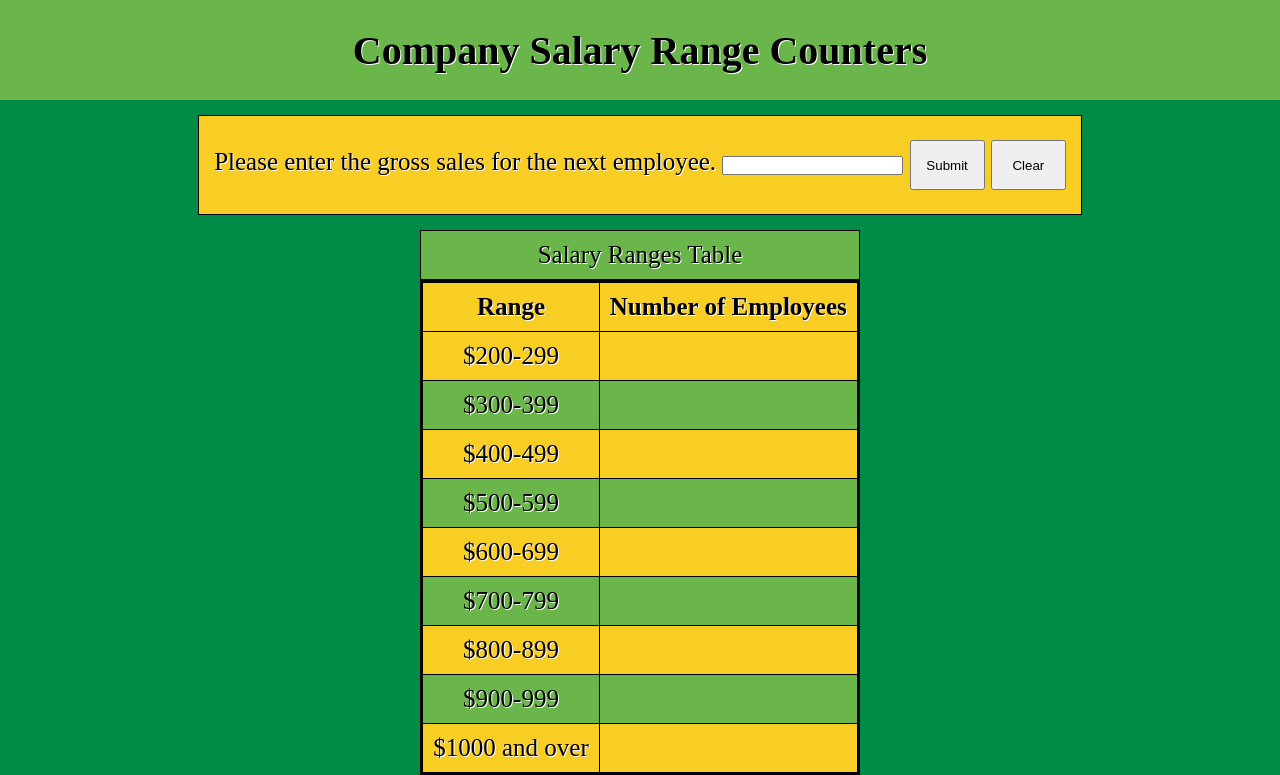
Repository: mlmEFSC21/P17-Sales-Commision
Page: sales.html
An editor plug-in stored every save of this project. The page is shown before and after the next save, followed by the edit.
The browser window is 1280 px wide. The pictures show the whole page.

Above is the page before, as saved 2022-04-02 08:45:26.

After the next save:
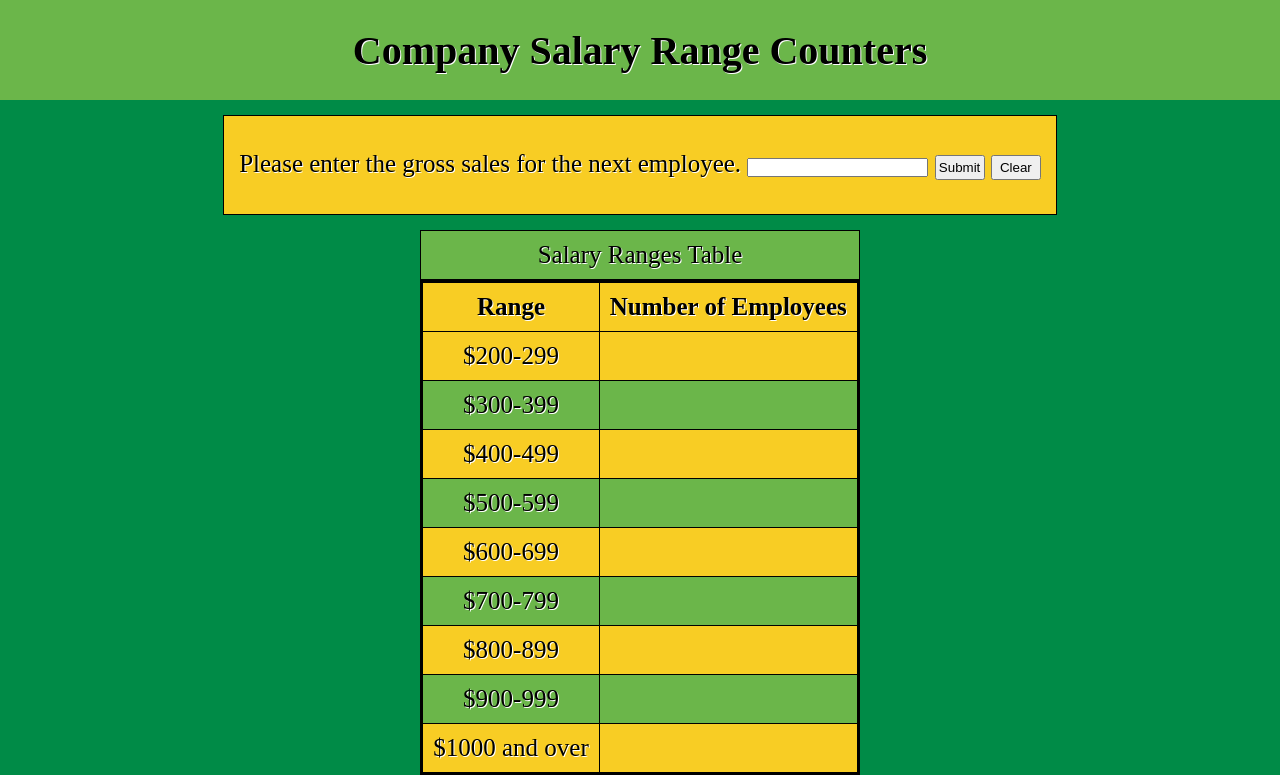
Saved 9 s later.
--- a/sales.css
+++ b/sales.css
@@ -68,6 +68,6 @@ tr:nth-child(even) {
     background-color: var(--clr-secondary);
 }
 button {
-    height: 50px;
-    width: 75px;
+    height: 25px;
+    width: 50px;
 }
